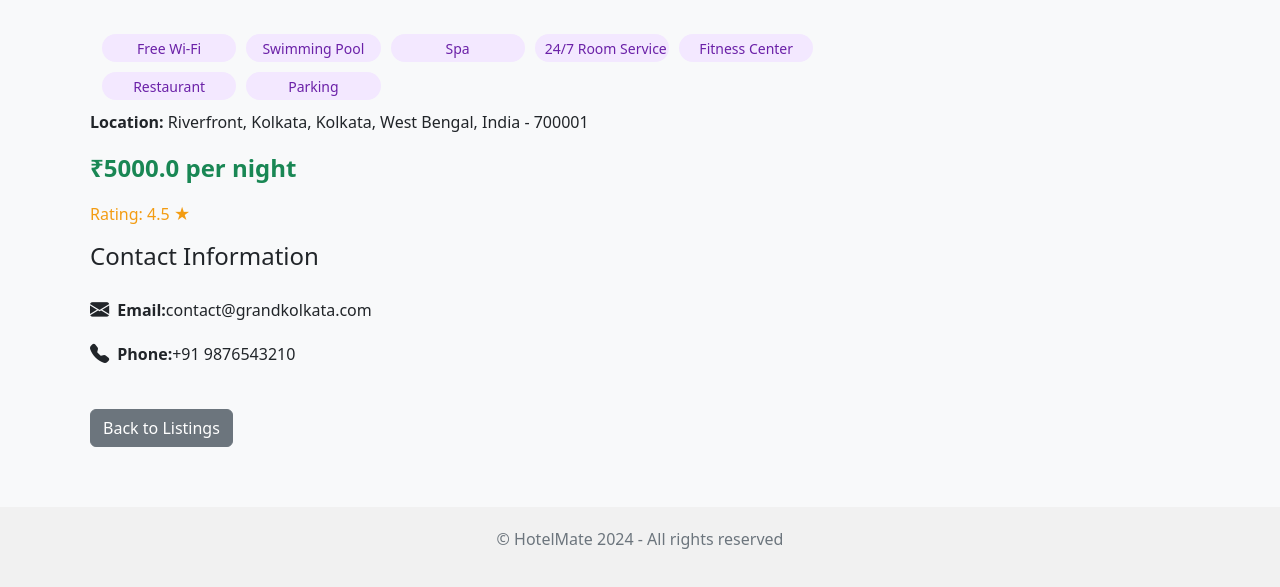
Repository: himanshu2k23/HoteMate
Page: http://localhost/HotelMate/details.jsp
An editor plug-in stored every save of this project. The page is shown before and after the next save, followed by the edit.
The browser window is 1280 px wide. The pictures show the part of the page from y = 706 to 1293 px (the page is 1293 px tall).
The page is served by Tomcat 10. Other server files are loaded and not shown.

Above is the page before, as saved 2025-01-13 19:26:22.

### HotelMate/src/main/webapp/details.jsp
<%@ page contentType="text/html;charset=UTF-8" language="java"%>
<!DOCTYPE html>
<html lang="en">
<head>
<meta charset="UTF-8">
<meta name="viewport" content="width=device-width, initial-scale=1.0">
<title>Hotel Details - HotelMate</title>
<!-- Bootstrap CSS -->
<link
	href="https://cdn.jsdelivr.net/npm/bootstrap@5.3.0/dist/css/bootstrap.min.css"
	rel="stylesheet">
<link
	href="https://cdn.jsdelivr.net/npm/bootstrap-icons/font/bootstrap-icons.css"
	rel="stylesheet">

<style>
body {
	background-color: #f8f9fa;
}

.hotel-details-container {
	margin-top: 100px;
	margin-bottom: 40px;
	padding: 20px;
}

.price {
	font-size: 1.5rem;
	font-weight: bold;
	color: #198754;
}

.rating {
	color: #f39c12;
}

.amenities-list {
	display: grid;
	grid-template-columns: repeat(auto-fill, minmax(120px, 1fr));
	gap: 10px;
	margin-left: 2px;
	padding: 10px;
}

.amenities-items {
	white-space: nowrap;
	border-radius: 9999px;
	background-color: #f3e8ff;
	padding: 0.22rem 0.625rem;
	font-size: 0.875rem;
	color: #6b21a8;
	text-align: center;
}

.amenities-list li {
	margin-bottom: 5px;
}

.carousel-item img {
	height: 500px;
	object-fit: cover;
	border-radius: 15px;
}
</style>
</head>
<body>

	<!-- Navbar -->
	<%@ include file="/Components/navbar.jsp"%>
	<%
	// Sample hotel data
	String name = "The Grand Kolkata";
	String description = "A luxurious five-star hotel offering breathtaking views of the river and world-class amenities.";
	String location = "Riverfront, Kolkata";
	String city = "Kolkata";
	String state = "West Bengal";
	String country = "India";
	String zipCode = "700001";
	double pricePerNight = 5000.0;
	float rating = 4.5f;
	String amenities = "Free Wi-Fi, Swimming Pool, Spa, 24/7 Room Service, Fitness Center, Restaurant, Parking";
	String contactEmail = "contact@grandkolkata.com";
	String contactPhone = "+91 9876543210";
	String images = "https://picsum.photos/400/300?random=1, https://picsum.photos/400/300?random=7, https://picsum.photos/400/300?random=8";

	// Split image URLs into an array
	String[] imageUrls = images.split(",");
	%>

	<div class="container hotel-details-container">
		<h2><%=name%></h2>
		<p><%=description%></p>


		<!-- Carousel for Images -->
		<div id="carousel49" class="carousel slide" data-bs-ride="carousel">
			<div class="carousel-inner">
				<%
				for (int i = 0; i < imageUrls.length; i++) {
					String image = imageUrls[i].trim();
				%>
				<div class="carousel-item <%=(i == 0) ? "active" : ""%>">
					<img src="<%=image%>" class="d-block w-100" alt="<%=name%>">
				</div>
				<%
				}
				%>
			</div>
			<%
			if (imageUrls.length > 1) {
			%>
			<button class="carousel-control-prev" type="button"
				data-bs-target="#carousel49" data-bs-slide="prev">
				<span class="carousel-control-prev-icon" aria-hidden="true"></span>
				<span class="visually-hidden">Previous</span>
			</button>
			<button class="carousel-control-next" type="button"
				data-bs-target="#carousel49" data-bs-slide="next">
				<span class="carousel-control-next-icon" aria-hidden="true"></span>
				<span class="visually-hidden">Next</span>
			</button>
			<%
			}
			%>
		</div>

		<!-- Hotel Information -->
		<div class=" mt-4">

			<div class="col-md-8">
				<div class="amenities-list">
					<%
					String[] amenitiesList = amenities.split(",");
					for (String amenity : amenitiesList) {
						amenity = amenity.trim();
					%>
					<span class="amenities-items"> <%=amenity%>
					</span>
					<%
					}
					%>
				</div>


				<p>
					<strong>Location:</strong>
					<%=location%>,
					<%=city%>,
					<%=state%>,
					<%=country%>
					-
					<%=zipCode%></p>
				<p class="price">
					₹<%=pricePerNight%>
					per night
				</p>
				<p class="rating">
					Rating:
					<%=rating%>
					★
				</p>
			</div>

			<div class="col-md-4">
				<h4 class="mb-4">
					<i class=""></i> Contact Information
				</h4>
				<ul class="list-unstyled">
					<li class="d-flex align-items-center mb-3"><i
						class="bi bi-envelope-fill me-2" style="font-size: 1.2rem;"></i> <strong>Email: </strong>
						<%=contactEmail%></li>
					<li class="d-flex align-items-center"><i
						class="bi bi-telephone-fill me-2" style="font-size: 1.2rem;"></i>
						<strong>Phone: </strong> <%=contactPhone%></li>
				</ul>
			</div>

		</div>

		<a href="HotelDataServlet" class="btn btn-secondary mt-4">Back to
			Listings</a>
	</div>

	<!-- Footer -->
	<%@ include file="/Components/footer.jsp"%>

	<!-- Bootstrap JS (Popper.js included) -->
	<script
		src="https://cdn.jsdelivr.net/npm/@popperjs/core@2.11.7/dist/umd/popper.min.js"></script>
	<script
		src="https://cdn.jsdelivr.net/npm/bootstrap@5.3.0/dist/js/bootstrap.min.js"></script>
</body>
</html>

### HotelMate/src/main/webapp/Components/navbar.jsp
<nav class="navbar navbar-expand-lg"
	style="background-color: #343a40; border-radius: 15px; padding: 10px 20px; box-shadow: 0px 4px 12px rgba(0, 0, 0, 0.2); margin: 10px; position: fixed; top: 0px; width: calc(100% - 20px); z-index: 1000;">
	<div class="container-fluid">
		<!-- Logo and Brand Name -->
		<a class="navbar-brand text-light d-flex align-items-center"
			href="index.jsp"> <img
			src="http://localhost:8080/HotelMate/Images/HotelmateLogo.png"
			alt="Logo" width="80" height="60"
			class="d-inline-block align-text-top"> <span
			class="nav-link text-light active">HotelMate</span>
		</a>

		<!-- Toggler button for smaller screens -->
		<button class="navbar-toggler" type="button" data-bs-toggle="collapse"
			data-bs-target="#navbarNav" aria-controls="navbarNav"
			aria-expanded="false" aria-label="Toggle navigation"
			style="border-color: #f8f9fa;">
			<span class="navbar-toggler-icon" style="color: #f8f9fa;"></span>
		</button>

		<!-- Navbar Links -->
		<div class="collapse navbar-collapse" id="navbarNav">

			<script>
				// Scroll functionality
				function scrollToFeatures(event) {
					event.preventDefault();
					localStorage.setItem('scrollToFeatures', 'true');
					window.location.href = "index.jsp";
				}

				function scrollToContact(event) {
					event.preventDefault();
					localStorage.setItem('scrollToContact', 'true');
					window.location.href = "index.jsp";
				}

				// Logic to dynamically toggle login/logout
				window.addEventListener('DOMContentLoaded', () => {
					const navRight = document.querySelector('.navbar-nav.ms-auto');
					navRight.innerHTML = ''; // Clear the default buttons

					if (localStorage.getItem('HasLoggedIn') === 'true') {
						// Show dropdown if logged in
						navRight.innerHTML = `
							<li class="nav-item dropdown">
							<a class="nav-link dropdown-toggle text-light" href="#" id="userDropdown" role="button"
							data-bs-toggle="dropdown" aria-expanded="false">
							<i class="bi bi-person-circle" style="font-size: 2rem;"></i>
						</a>

								<ul class="dropdown-menu dropdown-menu-end" aria-labelledby="userDropdown">
									<li><a class="dropdown-item" href="mybookings.jsp">My Bookings</a></li>
									<li><hr class="dropdown-divider"></li>
									<li><a class="dropdown-item" href="#" onclick="logout()">Logout</a></li>
								</ul>
							</li>
						`;
					} else {
						// Show login and signup if not logged in
						navRight.innerHTML = `
							<li class="nav-item"><a class="nav-link login-btn" href="login.jsp">Login</a></li>
							<li class="nav-item"><a class="nav-link signup-btn" href="signup.jsp">Sign Up</a></li>
						`;
					}
				});

				// Logout function
				function logout() {
					localStorage.removeItem('HasLoggedIn');
					window.location.href = 'index.jsp';
				}
			</script>

			<ul class="navbar-nav me-auto">
				<li class="nav-item"><a
					class="nav-link text-light active hover-effect" aria-current="page"
					href="index.jsp">Home</a></li>
				<li class="nav-item"><a
					class="nav-link text-light hover-effect" href="#"
					onclick="scrollToFeatures(event)">Features</a></li>
				<li class="nav-item"><a
					class="nav-link text-light hover-effect" href="HotelDataServlet">Hotels</a></li>
				<li class="nav-item"><a
					class="nav-link text-light hover-effect" href="#"
					onclick="scrollToContact(event)">Contact Us</a></li>
			</ul>

			<!-- Login/Sign Up or Account Dropdown -->
			<ul class="navbar-nav ms-auto gap-3"></ul>
		</div>
	</div>
</nav>

<style>
.hover-effect {
	transition: color 0.3s ease, background-color 0.3s ease;
}

.hover-effect:hover {
	color: #97CC04 !important;
}

.login-btn, .signup-btn {
	background-color: #97CC04;
	color: #fff;
	border-radius: 5px;
	padding: 8px 15px;
	transition: background-color 0.3s ease;
}

.login-btn:hover, .signup-btn:hover {
	background-color: #76b302;
	color: #fff;
}
</style>

### HotelMate/src/main/webapp/Components/footer.jsp
<style>
.footer {
	padding: 20px 0;
	background-color: #f1f1f1;
	text-align: center;
}
</style>

<div class='footer' id="footer">
	<p class="text-center text-secondary">© HotelMate 2024 - All
		rights reserved</p>
</div>

After the next save:
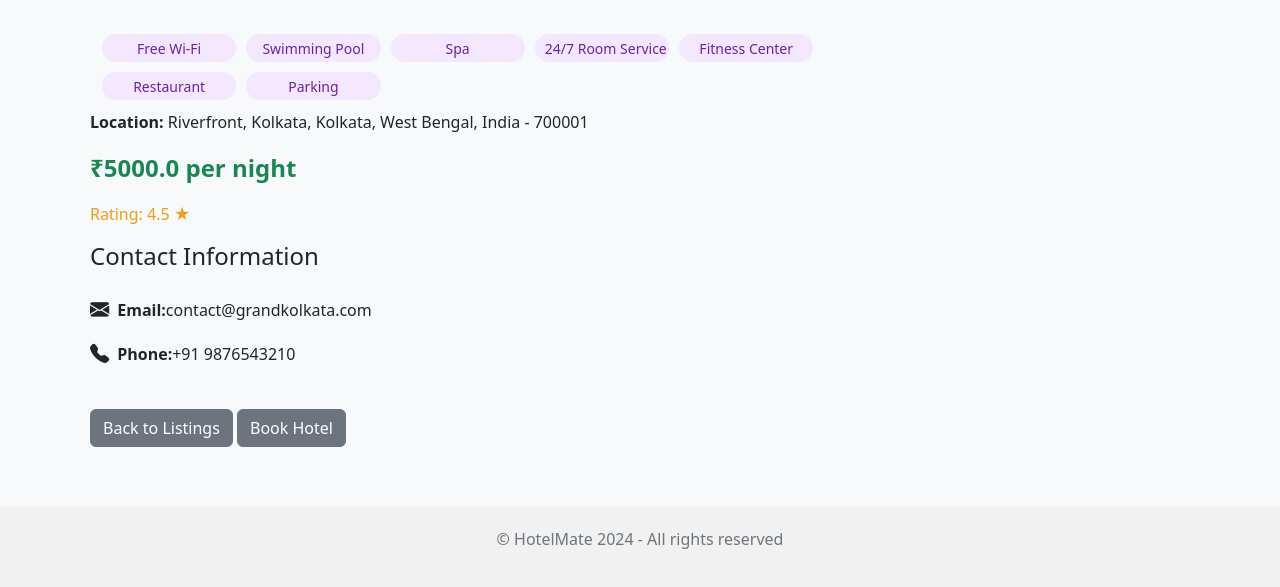
Saved 39 s later.
--- a/HotelMate/src/main/webapp/details.jsp
+++ b/HotelMate/src/main/webapp/details.jsp
@@ -179,6 +179,7 @@ body {
 
 		<a href="HotelDataServlet" class="btn btn-secondary mt-4">Back to
 			Listings</a>
+		<a href="" class="btn btn-secondary mt-4">Book Hotel</a>
 	</div>
 
 	<!-- Footer -->
